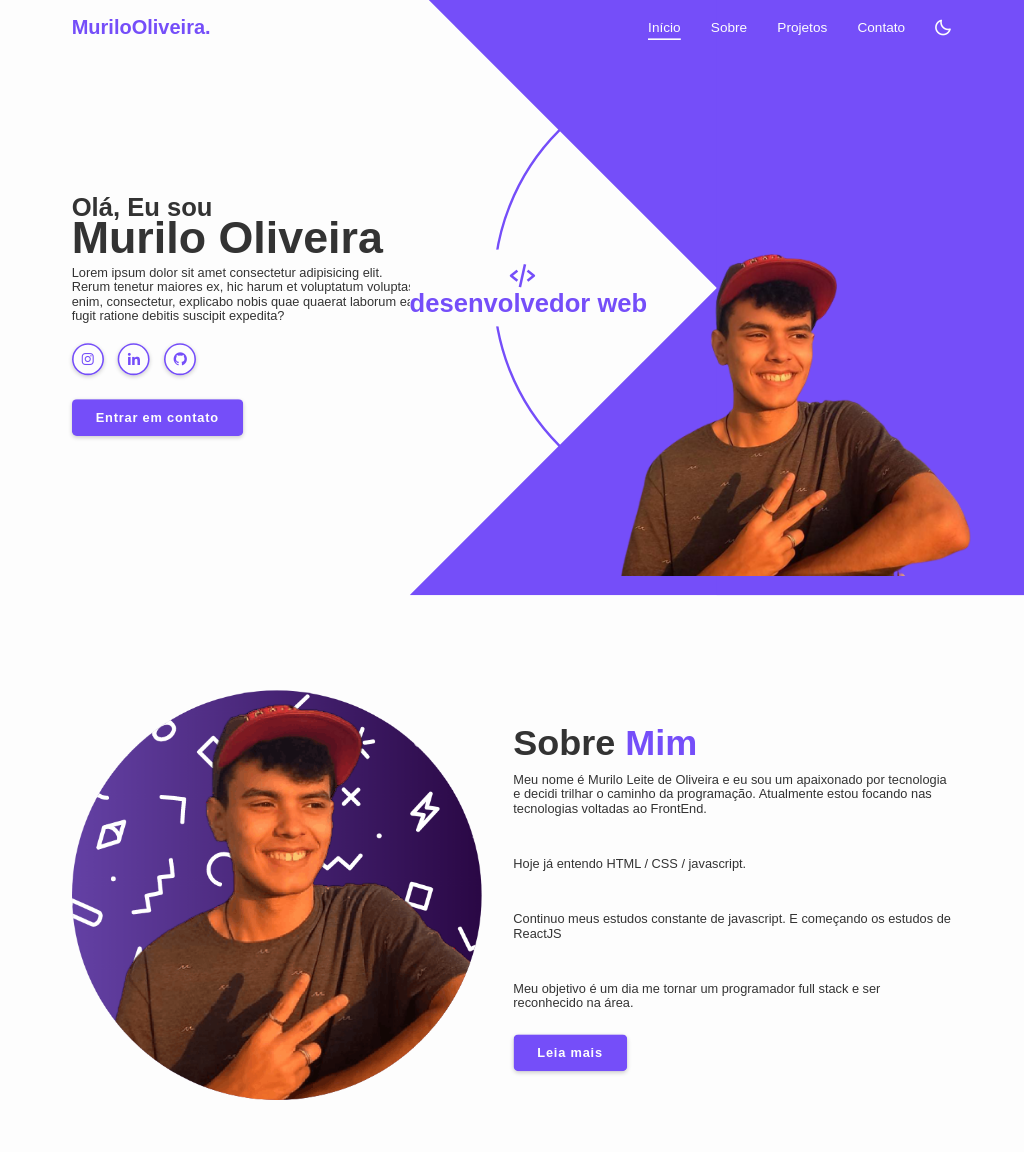
Repository: devMuriloOliveira/Portfolio-
Page: index.html
The author's editor kept a copy of each file at every save. The page is drawn from the files as they stood at one save, then again after the next save.
The browser window is 1280 px wide. The pictures show the whole page, at 80% of full size.
Some web fonts or font styles are not loaded; a fallback is used.

Above is the page before, as saved 2023-03-11 16:14:18.

After the next save:
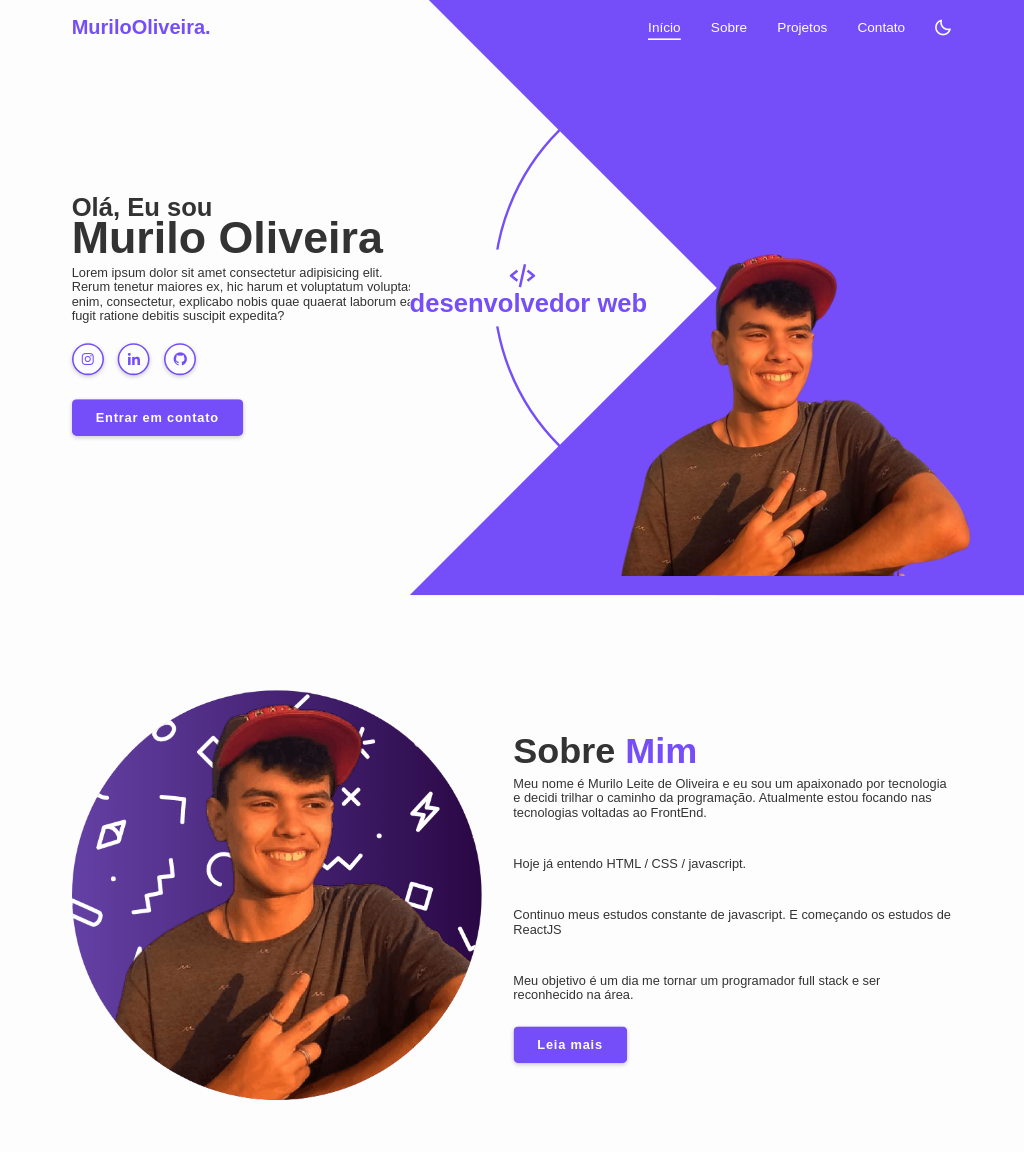
Saved 7 s later.
--- a/style.css
+++ b/style.css
@@ -254,5 +254,5 @@ span{
 
 .sobre-content p{
   font-size: 1.6rem;
-  margin: 1rem 0 3rem;
-}
+  margin: .5rem 0 3rem;
+}
